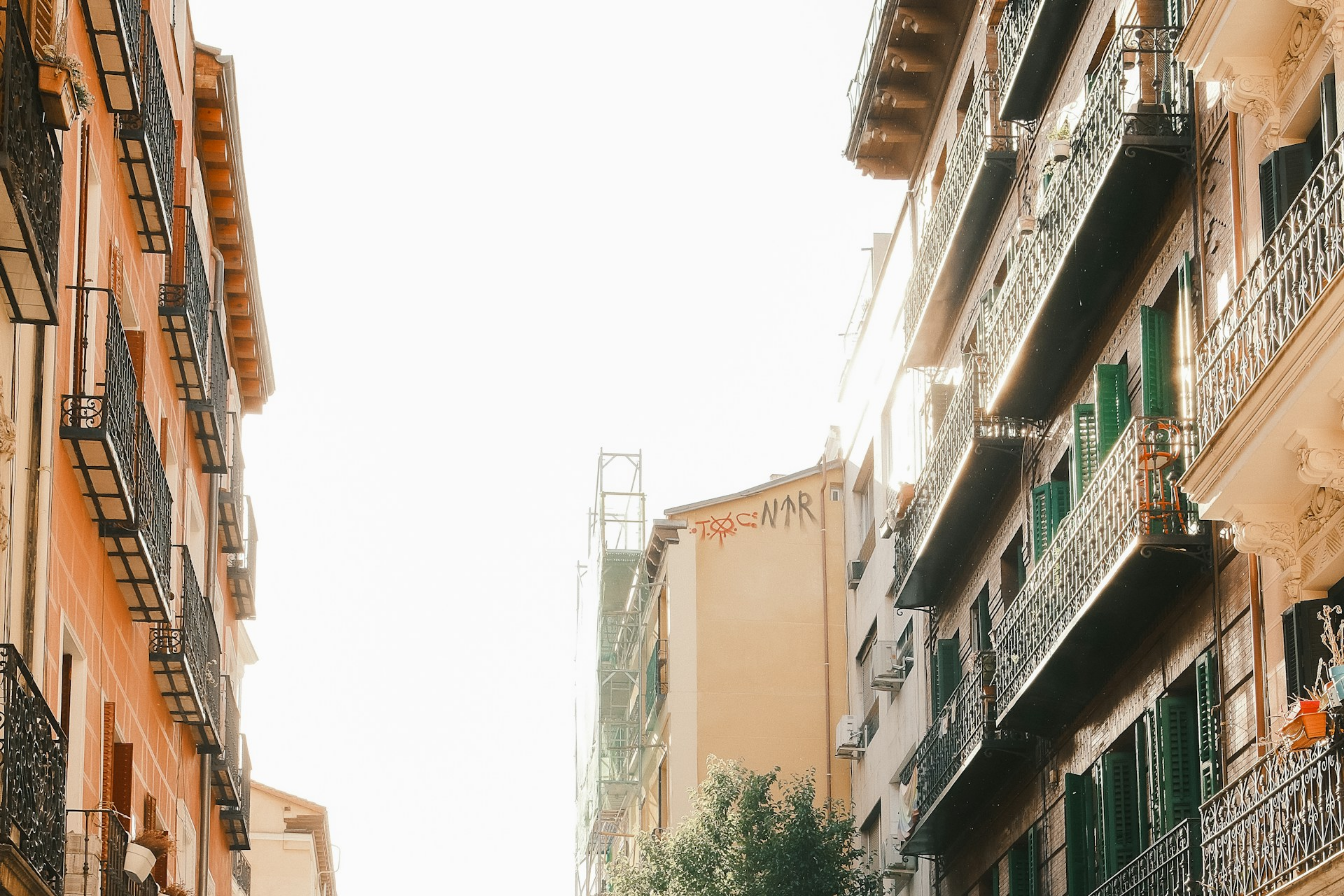
Repository: DamianBermudez94/curso-css3
Page: galeriaImagenes/index.html
The author's editor kept a copy of each file at every save. The page is drawn from the files as they stood at one save, then again after the next save.
The browser window is 1280 px wide. The page is 1920 px wide, so the pictures cover 1920 px, including what lies to the right of the window. The pictures show the part of the page from y = 0 to 1280 px (the page is 17412 px tall before and 17449 px after), at 70% of full size.

Above is the page before, as saved 2024-06-21 18:25:09.

After the next save:
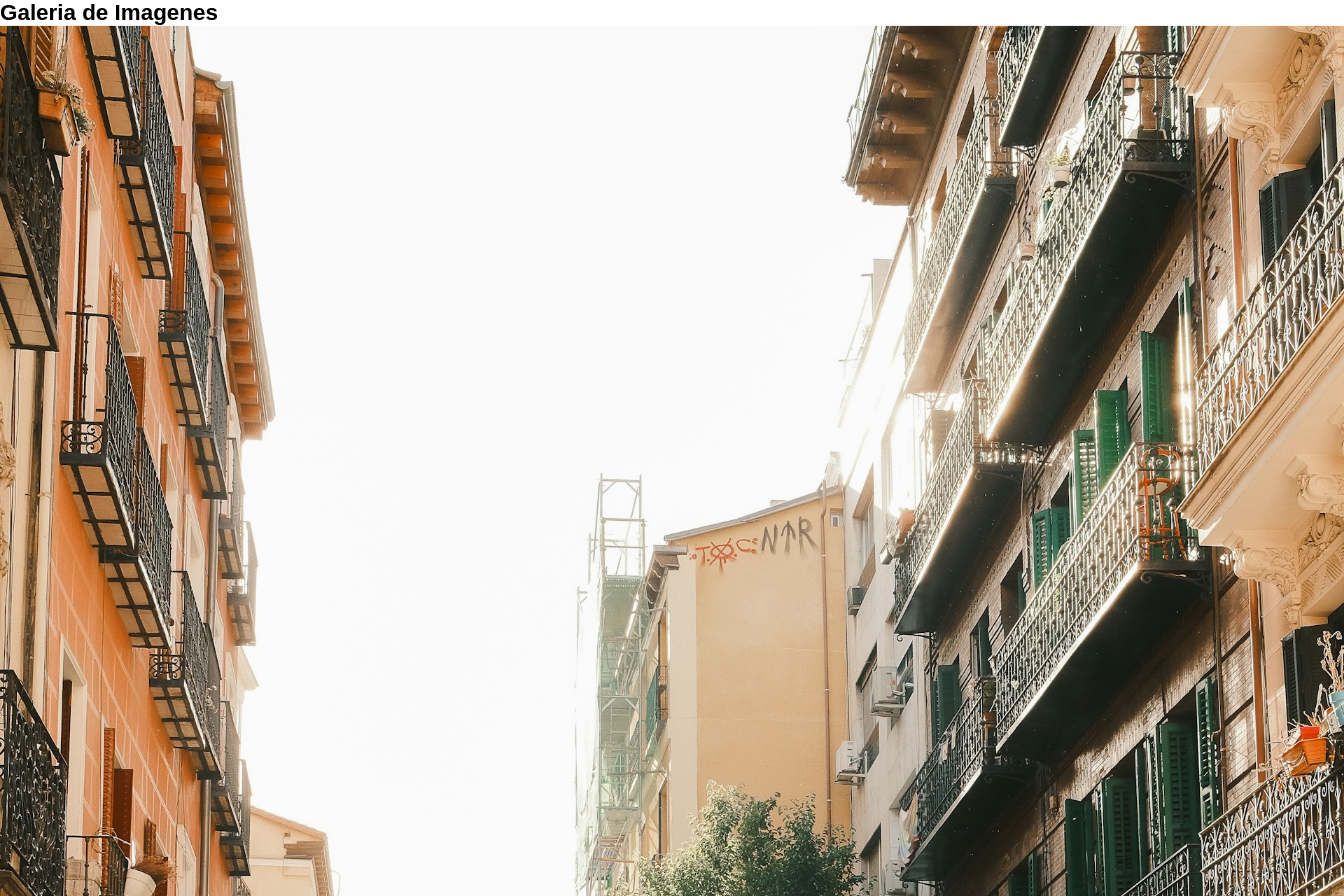
Saved 35 s later.
--- a/galeriaImagenes/index.html
+++ b/galeriaImagenes/index.html
@@ -14,6 +14,7 @@
     <title>Galeria Imagenes</title>
 </head>
 <body>
+    <h1>Galeria de Imagenes</h1>
     <div class="container-img">
         <a href="#showImg1" class="picture">
             <img src="/img/nuki-chikhladze-rJmwGLDSrtk-unsplash.jpg" alt="">
